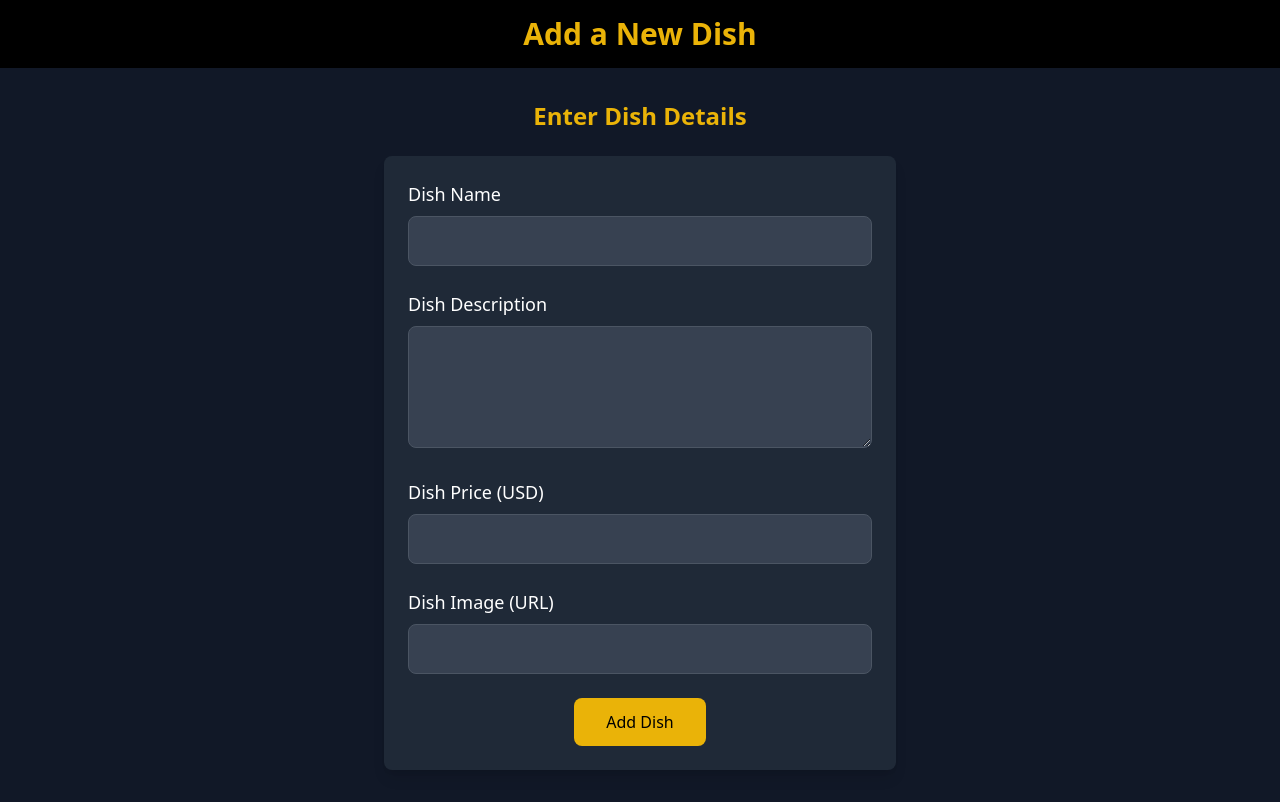
Repository: HamzaChehlaoui/Site-Web-pour-un-Chef-Cuisinier
Page: http://localhost/adddish.php
These files come from the project's save history. The page is drawn as it stood at one moment and after the next save; the edit follows.
The browser window is 1280 px wide. The pictures show the whole page.
Some web libraries are served in a nearby version. The page is run by PHP 8.4 with error messages shown; the project is at /var/www/html/.

Above is the page before, as saved 2024-12-18 21:04:40.

### adddish.php
<!DOCTYPE html>
<html lang="en">
<head>
    <meta charset="UTF-8">
    <meta name="viewport" content="width=device-width, initial-scale=1.0">
    <title>Add Dish - Chef Cousin Menu</title>
    <script src="https://cdn.tailwindcss.com"></script>
</head>
<body class="bg-gray-900 text-white font-sans">

    <!-- Header Section -->
    <header class="bg-black text-white py-4">
        <div class="container mx-auto text-center">
            <h1 class="text-3xl font-bold text-yellow-500">Add a New Dish</h1>
        </div>
    </header>

    <!-- Form Section -->
    <section class="py-8">
        <div class="container mx-auto px-4">
            <h2 class="text-2xl font-semibold mb-6 text-center text-yellow-500">Enter Dish Details</h2>
            <div class="max-w-lg mx-auto bg-gray-800 p-6 rounded-lg shadow-lg">
                <form action="addDishProcess.php" method="POST" class="space-y-6">
                    <div>
                        <label for="dish-name" class="block text-lg font-medium text-white">Dish Name</label>
                        <input type="text" id="dish-name" name="dish_name" class="w-full mt-2 p-3 rounded-lg bg-gray-700 text-white border border-gray-600" required>
                    </div>

                    <div>
                        <label for="dish-description" class="block text-lg font-medium text-white">Dish Description</label>
                        <textarea id="dish-description" name="dish_description" rows="4" class="w-full mt-2 p-3 rounded-lg bg-gray-700 text-white border border-gray-600" required></textarea>
                    </div>

                    <div>
                        <label for="dish-price" class="block text-lg font-medium text-white">Dish Price (USD)</label>
                        <input type="number" id="dish-price" name="dish_price" class="w-full mt-2 p-3 rounded-lg bg-gray-700 text-white border border-gray-600" required>
                    </div>

                    <div>
                        <label for="dish-image" class="block text-lg font-medium text-white">Dish Image (URL)</label>
                        <input type="url" id="dish-image" name="dish_image" class="w-full mt-2 p-3 rounded-lg bg-gray-700 text-white border border-gray-600" required>
                    </div>

                    <div class="flex justify-center mt-6">
                        <button type="submit" class="bg-yellow-500 text-black px-8 py-3 rounded-lg hover:bg-yellow-400 transition">Add Dish</button>
                    </div>
                </form>
            </div>
        </div>
    </section>

</body>
</html>

After the next save:
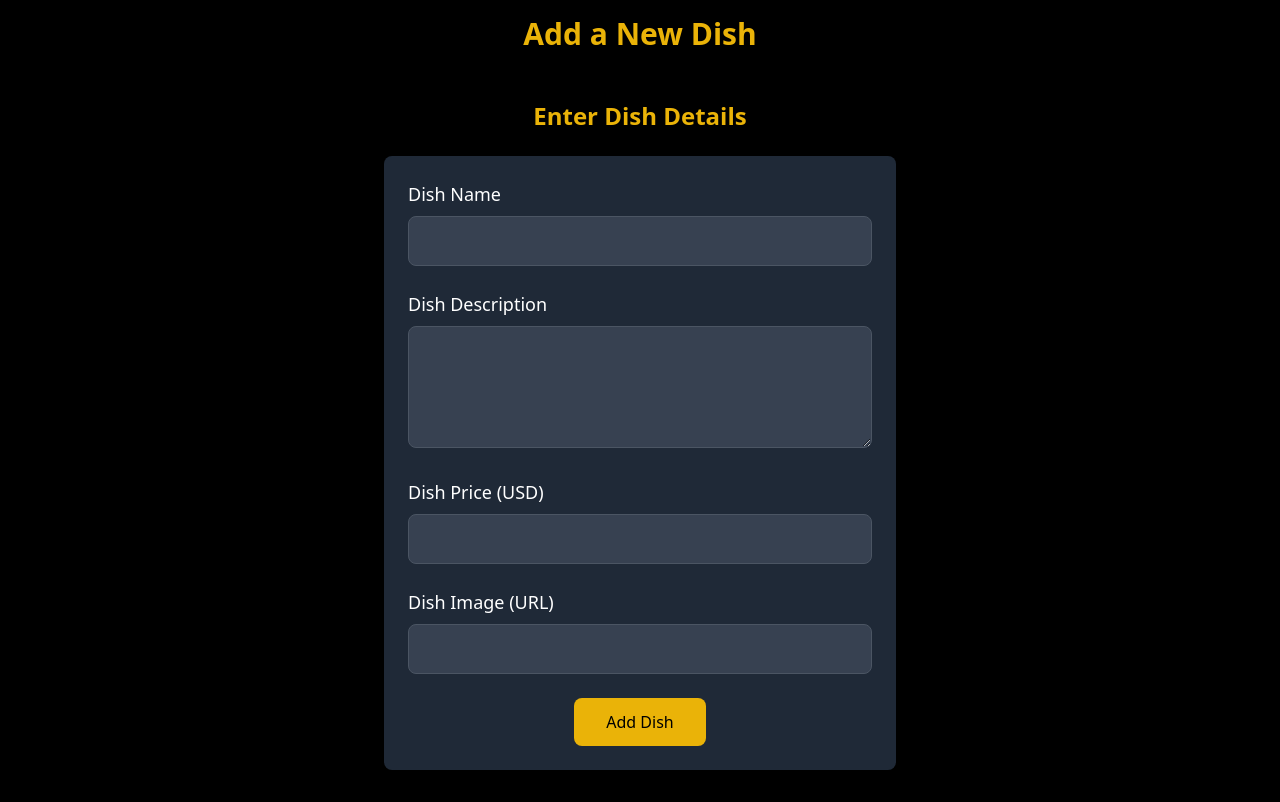
Saved 55 s later.
--- a/adddish.php
+++ b/adddish.php
@@ -6,7 +6,7 @@
     <title>Add Dish - Chef Cousin Menu</title>
     <script src="https://cdn.tailwindcss.com"></script>
 </head>
-<body class="bg-gray-900 text-white font-sans">
+<body class="bg-black text-white font-sans">
 
     <!-- Header Section -->
     <header class="bg-black text-white py-4">
